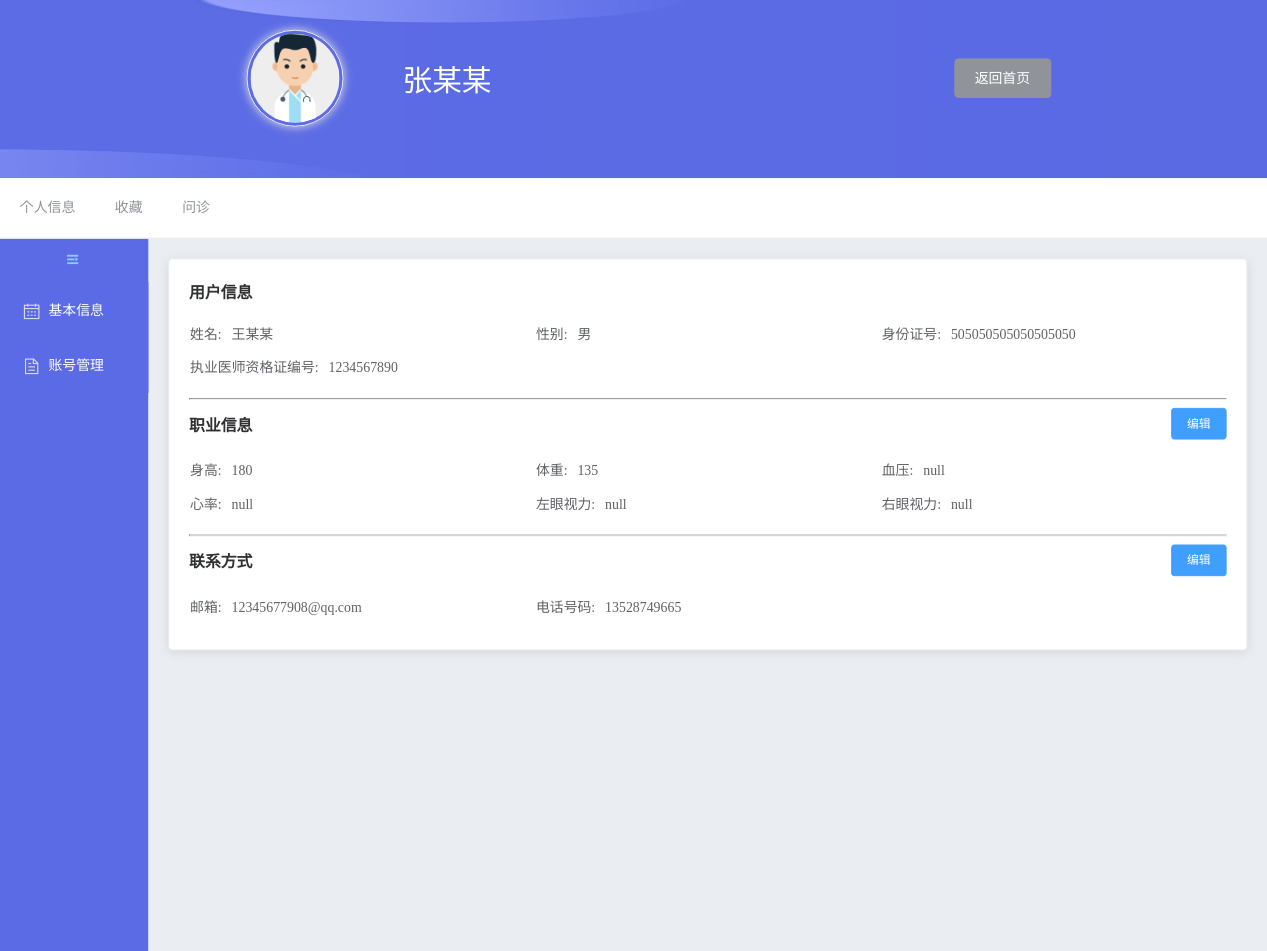
Repository: DiscreteL/SOA_Front
Page: /#/docInfo
These files come from the project's save history. The page is drawn as it stood at one moment and after the next save; the edit follows.
The browser window is 1280 px wide. The pictures show the whole page, at 99% of full size.
The project was rebuilt for these pictures with package versions that can differ from the ones it lists, and the page was loaded fresh each time. Also part of the build but not shown: vue.config.js, src/components/navigation.vue, src/components/dialog.vue, src/views/news.vue, src/components/announcement.vue, src/components/patientKnow.vue, src/views/Home.vue, src/views/login.vue and 15 more.

Above is the page before, as saved 2021-11-29 10:10:11.

After the next save:
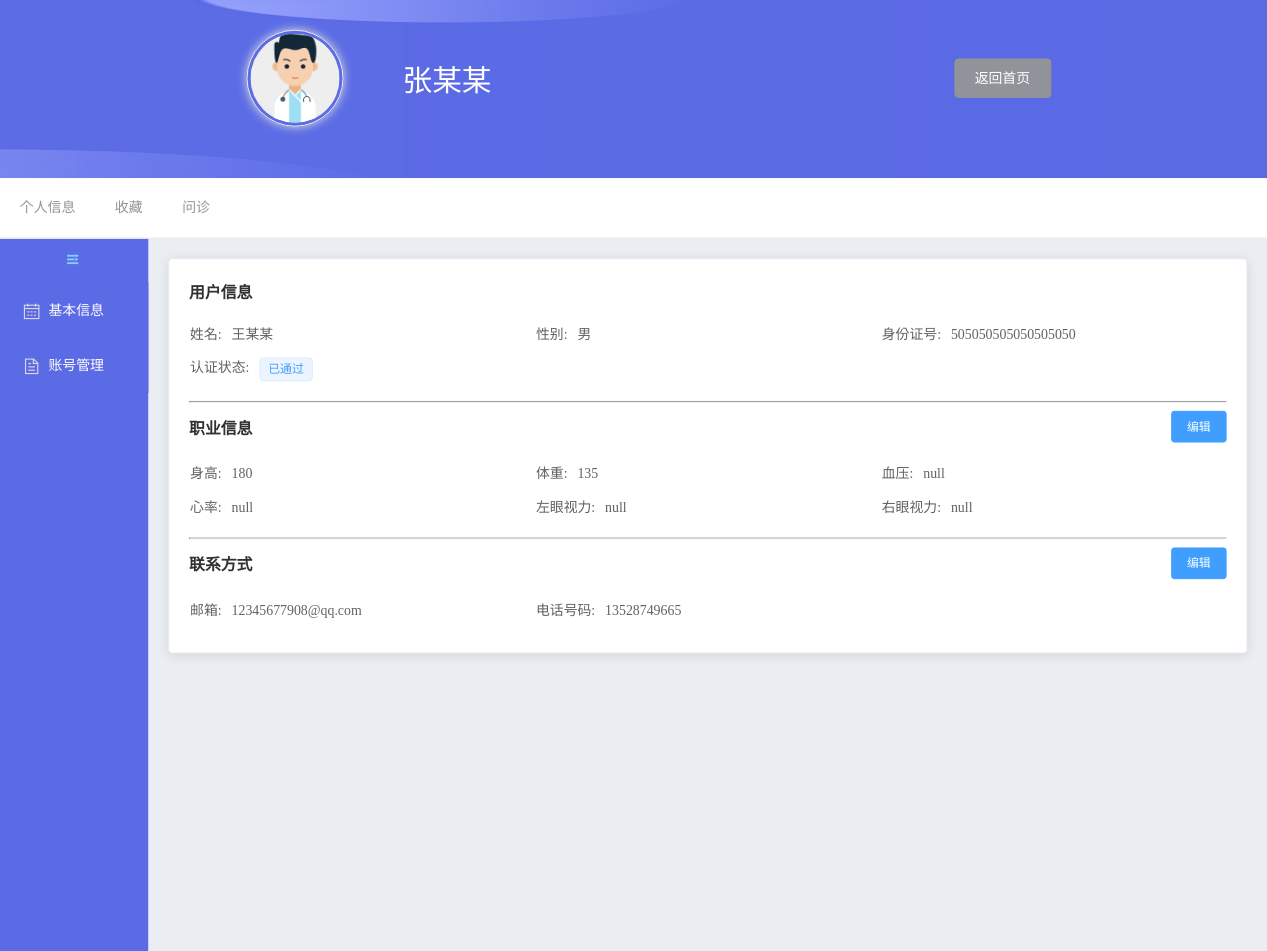
Saved 117 s later.
--- a/src/views/doctor/info/docInfo.vue
+++ b/src/views/doctor/info/docInfo.vue
@@ -8,7 +8,11 @@
         男{{ userInfo.gender }}</el-descriptions-item
       >
       <el-descriptions-item label="身份证号">505050505050505050</el-descriptions-item>
-      <el-descriptions-item label="执业医师资格证编号">1234567890</el-descriptions-item>
+      <el-descriptions-item>
+      <template slot="label">认证状态</template>
+      <el-tag size="small">已通过</el-tag>
+    </el-descriptions-item>
+
     </el-descriptions>
     <hr />
     <el-descriptions
